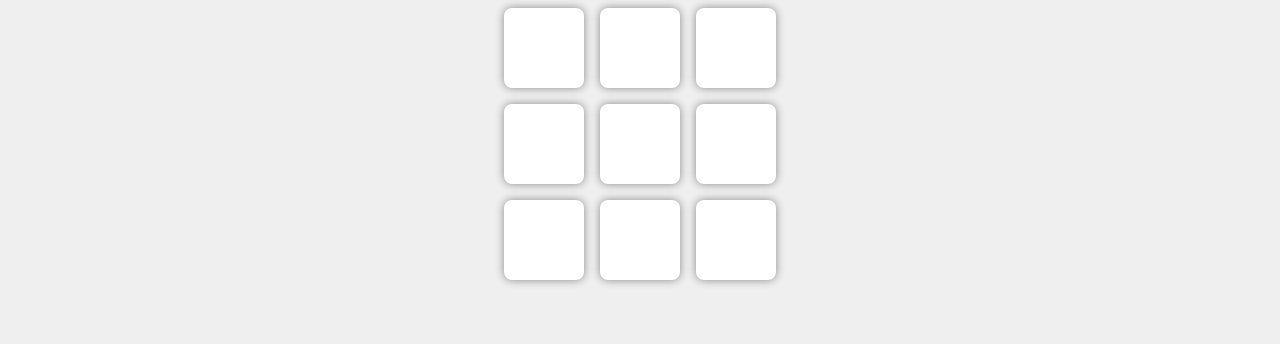
Repository: Seva2705/tic-tac-toe.github.io
Page: /
These files come from the project's save history. The page is drawn as it stood at one moment and after a run of saves; the edit follows.
The browser window is 1280 px wide. The pictures show the whole page.
The project was rebuilt for these pictures with package versions that can differ from the ones it lists, and the page was loaded fresh each time. Also part of the build but not shown: src/components/ScoreBoard.css.

Above is the page before, as saved 2023-04-04 17:46:08.

After the next 2 saves:
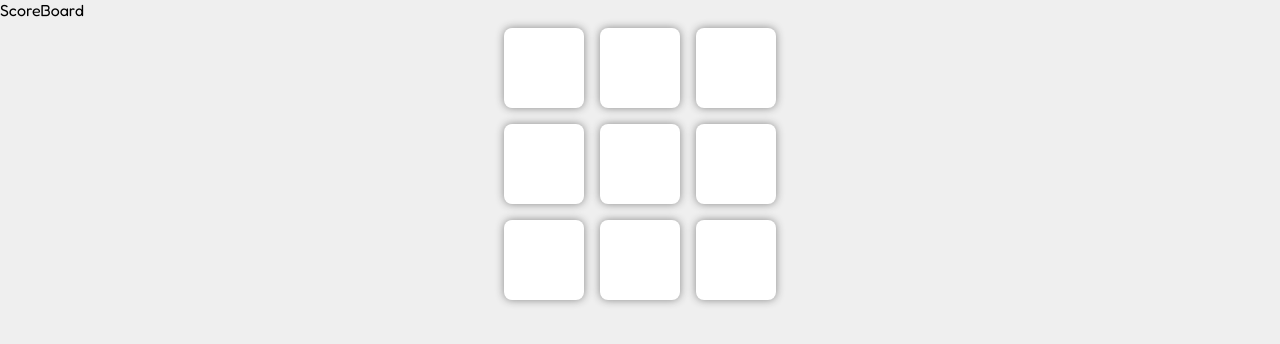
The 2 saves are shown as one change because they came seconds apart.
The last was saved 7 s later.
--- a/src/App.js
+++ b/src/App.js
@@ -1,6 +1,7 @@
 import React, {useState} from 'react';
 import './App.css';
 import Board from './components/Board';
+import ScoreBoard from './components/ScoreBoard';
 
 
 function App() {
@@ -66,7 +67,7 @@ function App() {
 
   return (
     <div className="App">
-
+      <ScoreBoard />
       <Board board={board} onClick={handleBoxClick}/>
 
 
